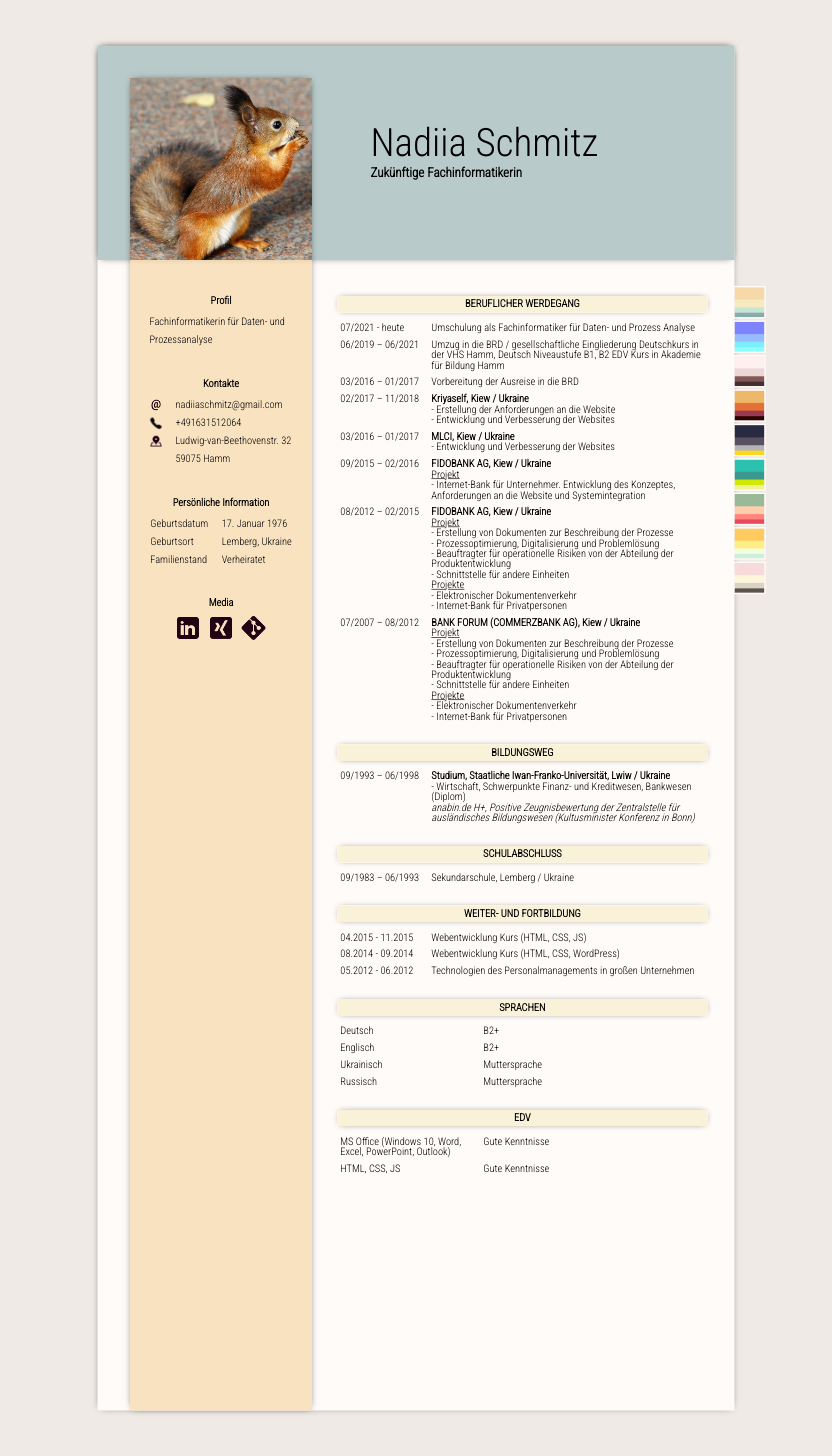
Repository: NadiaSchmitz/lebenslauf.nschmitz.githab.io
Page: index.html
The author's editor kept a record of every edit. The page is drawn from the files as they stood at one moment, then again after the next edit.
The browser window is 1280 px wide. The pictures show the whole page, at 65% of full size.

Above is the page before.

### index.html
<!DOCTYPE html>
<html>

<head>
  <meta charset="utf-8" />
  <title>Lebenslauf Nadiia Schmitz</title>
  <link rel="stylesheet" href="./styles/reset.css" type="text/css" />
  <link rel="stylesheet" href="./styles/style.css" type="text/css" />
  <link rel="stylesheet" href="./styles/icons.css" type="text/css" />
  <meta name="viewport" content="width=device-width, initial-scale=1.0">
  <link rel="preconnect" href="https://fonts.googleapis.com">
  <link rel="preconnect" href="https://fonts.gstatic.com" crossorigin>
  <link href="https://fonts.googleapis.com/css2?family=Roboto+Condensed:wght@300&display=swap" rel="stylesheet">
  <link rel="shortcut icon" href="images/favicon.png" type="image/x-icon">
  <script src="https://ajax.googleapis.com/ajax/libs/jquery/2.2.0/jquery.min.js"></script>
  <script type="text/javascript" src="./js/colors.js"></script>
</head>

<body>
  <section class="wrapper">
    <section class="inner_wrapper">
      <div class="content_wrapper">
        <header class="header">
          <div class="header_text">
            <h1>Nadiia Schmitz</h1>
            <h2>Zukünftige Fachinformatikerin</h2>
          </div>
        </header>
        <div class="color_schema_buttons_wrapper">
          <div id="pistachios" class="color_schema_button pistachios" title="pistachios"></div>
          <div id="sea" class="color_schema_button sea" title="sea"></div>
          <div id="cappuchino" class="color_schema_button cappuchino" title="cappuchino"></div>
          <div id="autumn" class="color_schema_button autumn" title="autumn"></div>
          <div id="bvb" class="color_schema_button bvb" title="bvb"></div>
          <div id="lime" class="color_schema_button lime" title="lime"></div>
          <div id="summer" class="color_schema_button summer" title="summer"></div>
          <div id="sun" class="color_schema_button sun" title="sun"></div>
          <div id="pastel" class="color_schema_button pastel" title="pastel"></div>
        </div>
        <div class="lebenslauf_wrapper">
          <div class="sidebar sidebar_left">
            <div class="sidebar_foto"></div>
            <div class="sidebar_content">
              <div class="sidebar_content_item profile">
                <h3>Profil</h3>
                <table>
                  <tr>
                    <td col="2">Fachinformatikerin für Daten- und Prozessanalyse</td>
                  </tr>
                </table>
              </div>
              <div class="sidebar_content_item contacts">
                <h3>Kontakte</h3>
                <table>
                  <tr>
                    <td>
                      <span class="sidebar_content_item_icon contacts_email"></span>
                    </td>
                    <td>nadiiaschmitz@gmail.com</td>
                  </tr>
                  <tr>
                    <td>
                      <span class="sidebar_content_item_icon contacts_phone"></span>
                    </td>
                    <td>+491631512064</td>
                  </tr>
                  <tr>
                    <td>
                      <span class="sidebar_content_item_icon contacts_adress"></span>
                    </td>
                    <td>Ludwig-van-Beethovenstr. 32 59075 Hamm</td>
                  </tr>
                </table>
              </div>
              <div class="sidebar_content_item personal">
                <h3>Persönliche Information</h3>
                <table>
                  <tr>
                    <td>Geburtsdatum</td>
                    <td>17. Januar 1976</td>
                  </tr>
                  <tr>
                    <td>Geburtsort</td>
                    <td>Lemberg, Ukraine</td>
                  </tr>
                  <tr>
                    <td>Familienstand</td>
                    <td>Verheiratet</td>
                  </tr>
                </table>
              </div>
              <div class="sidebar_content_item social">
                <h3>Media</h3>
                <table>
                  <tr>
                    <td><a href="https://www.linkedin.com/in/nadiia-schmitz-93491722" class="linkedin" target="_blank"></a></td>
                    <td><a href="https://www.xing.com/profile/Nadiia_Schmitz3" class="xing" target="_blank"></a></td>
                    <td><a href="https://github.com/NadiaSchmitz" class="git" target="_blank"></a></td>
                  </tr>
                </table>
              </div>
            </div>
          </div>
          <div class="sidebar sidebar_right">
            <div class="sidebar_right_content">
              <div class="sidebar_right_content_item">
                <h4>BERUFLICHER WERDEGANG</h4>
                <table>
                  <tr>
                    <td>07/2021 - heute</td>
                    <td>Umschulung als Fachinformatiker für Daten- und Prozess Analyse</td>
                  </tr>
                  <tr>
                    <td>06/2019 – 06/2021</td>
                    <td>Umzug in die BRD / gesellschaftliche Eingliederung Deutschkurs in der VHS Hamm, Deutsch Niveaustufe B1, B2 EDV Kurs in Akademie für Bildung Hamm
                    </td>
                  </tr>
                  <tr>
                    <td>03/2016 – 01/2017</td>
                    <td>Vorbereitung der Ausreise in die BRD</td>
                  </tr>
                  <tr>
                    <td>02/2017 – 11/2018</td>
                    <td>
                      <span class="employer">Kriyaself, Kiew / Ukraine</span>
                      <ul>
                        <li>- Erstellung der Anforderungen an die Website</li>
                        <li>- Entwicklung und Verbesserung der Websites</li>
                      </ul>
                    </td>
                  </tr>
                  <tr>
                    <td>03/2016 – 01/2017</td>
                    <td>
                      <span class="employer">MLCI, Kiew / Ukraine</span>
                      <ul>
                        <li>- Entwicklung und Verbesserung der Websites</li>
                      </ul>
                    </td>
                  </tr>
                  <tr>
                    <td>09/2015 – 02/2016</td>
                    <td>
                      <span class="employer">FIDOBANK AG, Kiew / Ukraine</span>
                      <ul>
                        <span class="project">Projekt</span>
                        <li>- Internet-Bank für Unternehmer. Entwicklung des Konzeptes, Anforderungen an die Website und Systemintegration</li>
                      </ul>
                    </td>
                  </tr>
                  <tr>
                    <td>08/2012 – 02/2015</td>
                    <td>
                      <span class="employer">FIDOBANK AG, Kiew / Ukraine</span>
                      <ul>
                        <span class="project">Projekt</span>
                        <li>-	Erstellung von Dokumenten zur Beschreibung der Prozesse</li>
                        <li>-	Prozessoptimierung, Digitalisierung und Problemlösung</li>
                        <li>-	Beauftragter für operationelle Risiken von der Abteilung der Produktentwicklung </li>
                        <li>-	Schnittstelle für andere Einheiten</li>
                        <span class="project">Projekte</span>
                        <li>-	Elektronischer Dokumentenverkehr</li>
                        <li>-	Internet-Bank für Privatpersonen</li>
                      </ul>
                    </td>
                  </tr>
                  <tr>
                    <td>07/2007 – 08/2012</td>
                    <td>
                      <span class="employer">BANK FORUM (COMMERZBANK AG), Kiew / Ukraine</span>
                      <ul>
                        <span class="project">Projekt</span>
                        <li>-	Erstellung von Dokumenten zur Beschreibung der Prozesse</li>
                        <li>-	Prozessoptimierung, Digitalisierung und Problemlösung</li>
                        <li>-	Beauftragter für operationelle Risiken von der Abteilung der Produktentwicklung </li>
                        <li>-	Schnittstelle für andere Einheiten</li>
                        <span class="project">Projekte</span>
                        <li>-	Elektronischer Dokumentenverkehr</li>
                        <li>-	Internet-Bank für Privatpersonen</li>
                      </ul>
                    </td>
                  </tr>
                </table>
              </div>
              <div class="sidebar_right_content_item">
                <h4>BILDUNGSWEG</h4>
                <table>
                  <tr>
                    <td>09/1993 – 06/1998</td>
                    <td>
                      <span class="employer">Studium, Staatliche Iwan-Franko-Universität, Lwiw / Ukraine</span>
                      <ul>
                        <li>- Wirtschaft, Schwerpunkte Finanz- und Kreditwesen, Bankwesen (Diplom)</li>
                        <li class="addition">anabin.de H+, Positive Zeugnisbewertung der Zentralstelle für ausländisches Bildungswesen (Kultusminister Konferenz in Bonn)</li>
                      </ul>
                    </td>
                  </tr>
                </table>
              </div>
              <div class="sidebar_right_content_item">
                <h4>SCHULABSCHLUSS</h4>
                <table>
                  <tr>
                    <td>09/1983 – 06/1993</td>
                    <td>Sekundarschule, Lemberg / Ukraine</td>
                  </tr>
                </table>
              </div>
              <div class="sidebar_right_content_item">
                <h4>WEITER- UND FORTBILDUNG</h4>
                <table>
                  <tr>
                    <td>04.2015 - 11.2015</td>
                    <td>Webentwicklung Kurs (HTML, CSS, JS)</td>
                  </tr>
                  <tr>
                    <td>08.2014 - 09.2014</td>
                    <td>Webentwicklung Kurs (HTML, CSS, WordPress)</td>
                  </tr>
                  <tr>
                    <td>05.2012 - 06.2012</td>
                    <td>Technologien des Personalmanagements in großen Unternehmen</td>
                  </tr>
                </table>
              </div>
              <div class="sidebar_right_content_item lang">
                <h4>SPRACHEN</h4>
                <table>
                  <tr>
                    <td>Deutsch</td>
                    <td>B2+</td>
                  </tr>
                  <tr>
                    <td>Englisch</td>
                    <td>B2+</td>
                  </tr>
                  <tr>
                    <td>Ukrainisch</td>
                    <td>Muttersprache</td>
                  </tr>
                  <tr>
                    <td>Russisch</td>
                    <td>Muttersprache</td>
                  </tr>
                </table>
              </div>
              <div class="sidebar_right_content_item edv">
                <h4>EDV</h4>
                <table>
                  <tr>
                    <td>MS Office (Windows 10, Word, Excel, PowerPoint, Outlook)</td>
                    <td>Gute Kenntnisse</td>
                  </tr>
                  <tr>
                    <td>HTML, CSS, JS</td>
                    <td>Gute Kenntnisse</td>
                  </tr>
                </table>
              </div>
            </div>
          </div>
        </div>
      </div>
    </section>
  </section>
</body>

</html>

### styles/reset.css
html, body, div, span, applet, object, iframe,
h1, h2, h3, h4, h5, h6, p, blockquote, pre,
a, abbr, acronym, address, big, cite, code,
del, dfn, em, img, ins, kbd, q, s, samp,
small, strike, strong, sub, sup, tt, var,
b, u, i, center,
dl, dt, dd, ol, ul, li,
fieldset, form, label, legend,
table, caption, tbody, tfoot, thead, tr, th, td,
article, aside, canvas, details, embed,
figure, figcaption, footer, header, hgroup,
menu, nav, output, ruby, section, summary,
time, mark, audio, video {
	margin: 0;
	padding: 0;
	box-sizing: border-box;
	border: 0;
	font-size: 100%;
	font: inherit;
	vertical-align: baseline;
}
/* HTML5 display-role reset for older browsers */
article, aside, details, figcaption, figure,
footer, header, hgroup, menu, nav, section {
	display: block;
}
body {
	line-height: 1;
}
ol, ul {
	list-style: none;
}
blockquote, q {
	quotes: none;
}
blockquote:before, blockquote:after,
q:before, q:after {
	content: '';
	content: none;
}
table {
	border-collapse: collapse;
	border-spacing: 0;
}

### styles/style.css
html {
  font-family: 'Roboto Condensed', sans-serif;
  background-color: #efeae5;
}

.wrapper {}

.inner_wrapper {
  width: 980px;
  margin: 70px auto;
}

@media only screen and (max-width: 1080px) {
  .inner_wrapper {
    width: 900px;
    margin: 30px auto;
  }
}

@media only screen and (max-width: 900px) {
  .inner_wrapper {
    width: 100%;
    margin: 0;
  }
}

.content_wrapper {
  position: relative;
  background-color: #fffbf8;
  -webkit-box-shadow: 0px 0px 12px -5px rgba(0, 0, 0, 0.75);
  -moz-box-shadow: 0px 0px 12px -5px rgba(0, 0, 0, 0.75);
  box-shadow: 0px 0px 12px -5px rgba(0, 0, 0, 0.75);
}

.header {
  height: 330px;
  background-color: rgb(135 170 170 / 59%);
  -webkit-box-shadow: 0px 0px 12px -5px rgba(0, 0, 0, 0.75);
  -moz-box-shadow: 0px 0px 12px -5px rgba(0, 0, 0, 0.75);
  box-shadow: 0px 0px 12px -5px rgba(0, 0, 0, 0.75);
}

@media only screen and (max-width: 1080px) {
  .header {
    height: 280px;
  }
}

@media only screen and (max-width: 900px) {
  .header {
    height: 580px;
    padding: 60px 0 0 0;
  }
}

@media only screen and (max-width: 480px) {
  .header {
    padding: 70px 0 0 0;
  }
}

.header_text {
  margin: 0 0 0 420px;
  padding: 120px 0 0 0;
}

@media only screen and (max-width: 1080px) {
  .header_text {
    margin: 0 0 0 380px;
    padding: 100px 0 0 0;
  }
}

@media only screen and (max-width: 900px) {
  .header_text {
    text-align: center;
    margin: 0;
    padding: 0;
  }
}

h1 {
  color: #000000;
  font-size: 60px;
  margin: 0 0 5px 0;
}

@media only screen and (max-width: 900px) {
  h1 {
    font-size: 50px;
  }
}

@media only screen and (max-width: 480px) {
  h1 {
    font-size: 36px;
    font-weight: 700;
  }
}

h2 {
  color: #000000;
  font-size: 20px;
  font-weight: 600;
}

@media only screen and (max-width: 480px) {
  h2 {
    font-size: 16px;
  }
}

.sidebar {
  display: inline-block;
  vertical-align: top;
}

@media only screen and (max-width: 900px) {
  .lebenslauf_wrapper {
    padding: 0 30px 30px 30px;
  }
}

@media only screen and (max-width: 480px) {
  .lebenslauf_wrapper {
    padding: 0 15px 15px 15px;
  }
}

@media only screen and (max-width: 360px) {
  .lebenslauf_wrapper {
    padding: 0 10px 10px 10px;
  }
}

.sidebar_left {
  width: 280px;
  height: 2050px;
  background-color: rgb(246 215 167 / 68%);
  -webkit-box-shadow: 0px 0px 12px -5px rgba(0, 0, 0, 0.75);
  -moz-box-shadow: 0px 0px 12px -5px rgba(0, 0, 0, 0.75);
  box-shadow: 0px 0px 12px -5px rgba(0, 0, 0, 0.75);
  margin: -280px 0 0 50px;
}

@media only screen and (max-width: 1080px) {
  .sidebar_left {
    width: 250px;
    margin: -250px 0 0 30px;
  }
}

@media only screen and (max-width: 900px) {
  .sidebar_left {
    width: 100%;
    height: auto;
    margin: -380px 0 0 0;
  }
}

.sidebar_foto {
  width: 280px;
  height: 280px;
  background-image: url(../images/foto.jpg);
  background-position: 50%;
  background-size: cover;
}

@media only screen and (max-width: 1080px) {
  .sidebar_foto {
    width: 250px;
    height: 250px;
  }
}

@media only screen and (max-width: 900px) {
  .sidebar_foto {
    width: 350px;
    height: 350px;
    margin: 30px auto 0;
  }
}

@media only screen and (max-width: 480px) {
  .sidebar_foto {
    width: 320px;
    height: 320px;
  }
}

@media only screen and (max-width: 360px) {
  .sidebar_foto {
    width: 100%;
  }
}

.sidebar_content {
  padding: 55px 30px 30px 30px;
}

@media only screen and (max-width: 1080px) {
  .sidebar_content {
    padding: 45px 20px 20px 20px;
  }
}

@media only screen and (max-width: 900px) {
  .sidebar_content {
    padding: 50px 20px 20px 20px;
  }
}

@media only screen and (max-width: 480px) {
  .sidebar_content {
    padding: 80px 20px 20px 20px;
  }
}

.sidebar_content_item {
  margin: 0 0 30px 0;
  padding: 0 0 15px 0;
}

.sidebar_content_item:last-of-type {
  border-bottom: 1px solid transparent;
  margin: 0;
}

h3 {
  color: #000000;
  font-size: 16px;
  font-weight: 600;
  text-align: center;
  margin: 0 0 10px 0;
}

.sidebar_content_item table {
  margin: 0 auto;
}

.sidebar_content_item table td {
  height: 28px;
  font-size: 16px;
  line-height: 28px;
}

@media only screen and (max-width: 360px) {
  .sidebar_content_item table td {
    font-size: 14px;
  }
}

.profile table td {
  width: 100%;
}

.contacts table td:nth-of-type(1) {
  width: 40px;
}

.personal table td:nth-of-type(1) {
  width: 110px;
}

.social table {
  margin: 0 auto;
}

.social table td {
  width: 33%;
  padding: 0 5px 0 5px;
}

.social table td a {
  display: inline-block;
  width: 40px;
  height: 40px;
  background-size: contain;
  background-position: 50%;
  cursor: pointer;
}

.sidebar_content_item_icon {
  display: inline-block;
  vertical-align: middle;
  width: 20px;
  height: 20px;
  background-size: contain;
  background-position: 50%;
}

.sidebar_right {
  width: calc(100% - 280px - 60px);
  padding: 55px 35px 35px 35px;
}

@media only screen and (max-width: 1080px) {
  .sidebar_right {
    width: calc(100% - 250px - 35px);
    padding: 40px 75px 20px 20px;
  }
}

@media only screen and (max-width: 900px) {
  .sidebar_right {
    width: 100%;
    padding: 40px 20px 50px 20px;
  }
}

@media only screen and (max-width: 480px) {
  .sidebar_right {
    width: 100%;
    padding: 60px 0 50px 0;
  }
}

.sidebar_right_content_item {
  margin: 0 0 30px 0;
}

.sidebar_right_content_item h4 {
  color: #000000;
  font-size: 16px;
  font-weight: 600;
  text-align: center;
  background-color: rgb(246 234 190 / 54%);
  -webkit-box-shadow: 0px 0px 12px -5px rgba(0, 0, 0, 0.75);
  -moz-box-shadow: 0px 0px 12px -5px rgba(0, 0, 0, 0.75);
  box-shadow: 0px 0px 12px -5px rgba(0, 0, 0, 0.75);
  margin: 0 0 10px 0;
  padding: 5px;
}

.sidebar_right_content_item table tr td {
  font-size: 16px;
  padding: 5px;
}

.sidebar_right_content_item .employer {
  font-weight: 700;
}

.sidebar_right_content_item .project {
  text-decoration: underline;
}

.sidebar_right_content_item .addition {
  font-style: italic;
}

@media only screen and (max-width: 360px) {
  .sidebar_right_content_item table tr td {
    font-size: 14px;
  }
}

.sidebar_right_content_item table tr td:nth-of-type(1) {
  width: 140px;
}

@media only screen and (max-width: 360px) {
  .sidebar_right_content_item table tr td:nth-of-type(1) {
    width: 120px;
  }
}

.edv {
  width: 100%;
}

.lang table tr td:nth-of-type(1),
.edv table tr td:nth-of-type(1) {
  width: 220px;
}

@media only screen and (max-width: 360px) {
  .lang table tr td:nth-of-type(1),
  .edv table tr td:nth-of-type(1) {
    width: 170px;
  }
}

.color_schema_buttons_wrapper {
  position: absolute;
  right: -48px;
  top: 370px;
}

@media only screen and (max-width: 1080px) {
  .color_schema_buttons_wrapper {
    right: 0;
    top: 282px;
  }
}

@media only screen and (max-width: 900px) {
  .color_schema_buttons_wrapper {
    right: 0;
    top: 600px;
  }
}

@media only screen and (max-width: 360px) {
  .color_schema_buttons_wrapper {
    display: none;
  }
}

.color_schema_button {
  width: 50px;
  height: 50px;
  background-position: 50%;
  background-size: contain;
  border: 2px solid #fffbf8;
  margin: 0 0 3px 0;
}

@media only screen and (max-width: 1080px) {
  .color_schema_button {
    width: 40px;
    height: 40px;
  }
}

.pistachios {
  background-image: url(../images/pistachios.png);
}

.sea {
  background-image: url(../images/sea.png);
}

.cappuchino {
  background-image: url(../images/cappuchino.png);
}

.autumn {
  background-image: url(../images/autumn.png);
}

.bvb {
  background-image: url(../images/bvb.png);
}

.lime {
  background-image: url(../images/lime.png);
}

.summer {
  background-image: url(../images/summer.png);
}

.sun {
  background-image: url(../images/sun.png);
}

.pastel {
  background-image: url(../images/pastel.png);
}

### js/colors.js
var colorSchemeArray = [];
colorSchemeArray = [{
    schemeName: "standart",
    colorHeader: "rgb(135 170 170 / 59%)",
    colorSidebarLeft: "rgb(246 215 167 / 68%)",
    colorTopic: "rgb(246 234 190 / 54%)"
  },

  {
    schemeName: "sea",
    colorHeader: "rgb(124 131 253 / 58%)",
    colorSidebarLeft: "rgba(125, 237, 255, 0.53)",
    colorTopic: "rgb(150 186 255 / 52%)"
  },

  {
    schemeName: "cappuchino",
    colorHeader: "rgba(131, 88, 88, 0.7)",
    colorSidebarLeft: "#EBD4D4",
    colorTopic: "#FFF0F0"
  },

  {
    schemeName: "autumn",
    colorHeader: "rgb(156 61 84 / 76%)",
    colorSidebarLeft: "rgb(226 112 58 / 62%)",
    colorTopic: "rgb(238 183 107 / 75%)"
  },

  {
    schemeName: "bvb",
    colorHeader: "#595260",
    colorSidebarLeft: "#FFD523",
    colorTopic: "#B2B1B9",
  },

  {
    schemeName: "lime",
    colorHeader: "rgb(46 193 172 / 51%)",
    colorSidebarLeft: "rgb(210 230 3 / 49%)",
    colorTopic: "rgb(239 244 142 / 53%)",
  },

  {
    schemeName: "summer",
    colorHeader: "rgb(255 132 124 / 85%)",
    colorSidebarLeft: "rgb(153 184 152 / 65%)",
    colorTopic: "#FECEAB",
  },

  {
    schemeName: "sun",
    colorHeader: "#FFEC85",
    colorSidebarLeft: "#C9F0D6",
    colorTopic: "#F2FFDF",
  },

  {
    schemeName: "pastel",
    colorHeader: "#F7DAD9",
    colorSidebarLeft: "#FFF5DA",
    colorTopic: "#D6D2C4",
  }
]

// console.log(colorSchemeArray.length)

$(document).ready(function() {
  $(".color_schema_button").click(function() {
    var buttonId = $(this).attr('id');
    console.log(buttonId);
    for (var i = 0; i < colorSchemeArray.length; i++) {
      console.log(colorSchemeArray[i].schemeName)
      if (buttonId == colorSchemeArray[i].schemeName) {
        var styleId = i;
        $('.header').css('backgroundColor', colorSchemeArray[styleId].colorHeader);
        $('.sidebar_left').css('backgroundColor', colorSchemeArray[styleId].colorSidebarLeft);
        $('h4').css('backgroundColor', colorSchemeArray[styleId].colorTopic);
      }
    }
  });
})

Loaded but not shown: styles/icons.css (library)

After the next edit:
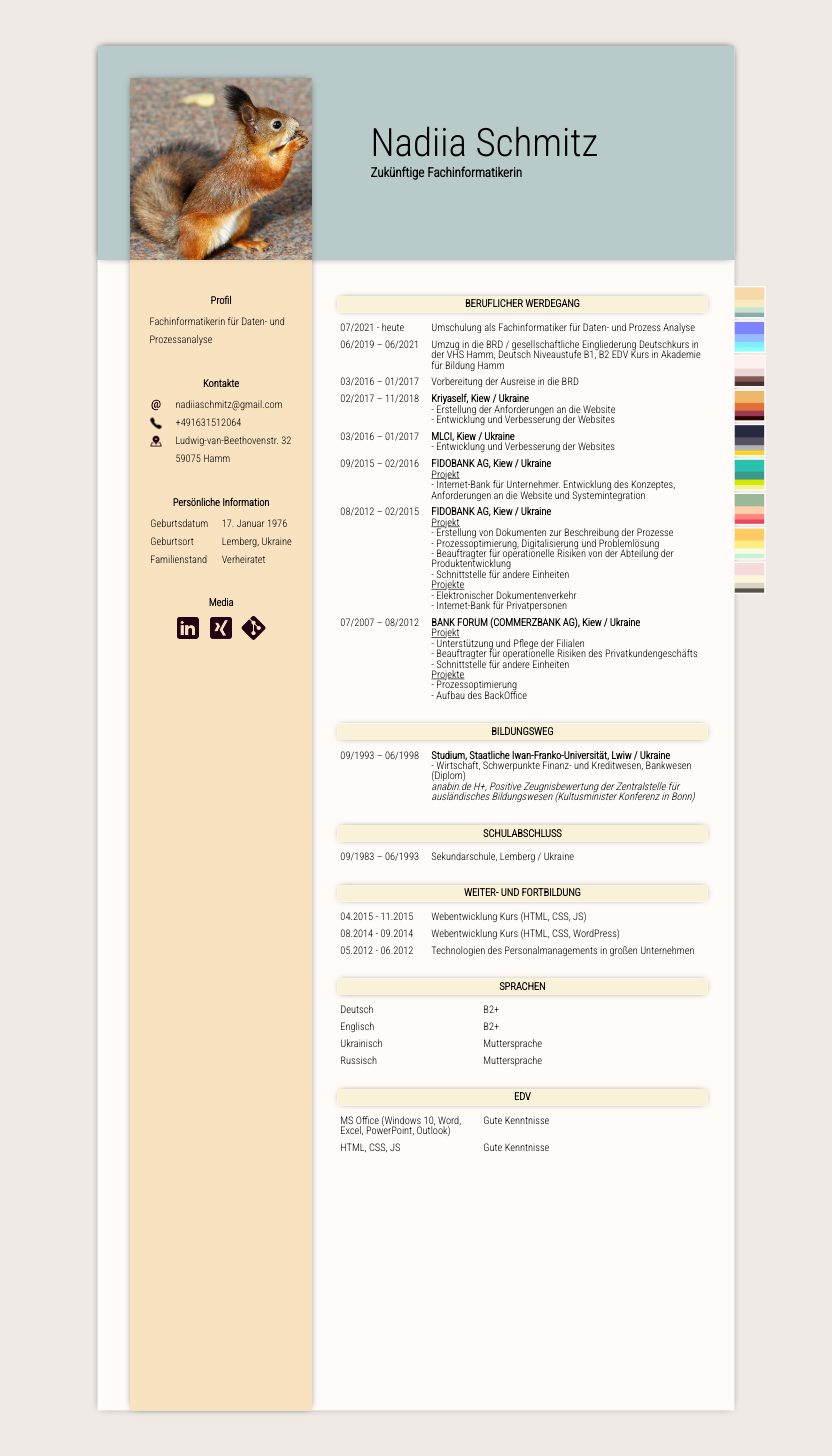
The edit:
--- a/index.html
+++ b/index.html
@@ -170,13 +170,12 @@
                       <span class="employer">BANK FORUM (COMMERZBANK AG), Kiew / Ukraine</span>
                       <ul>
                         <span class="project">Projekt</span>
-                        <li>-	Erstellung von Dokumenten zur Beschreibung der Prozesse</li>
-                        <li>-	Prozessoptimierung, Digitalisierung und Problemlösung</li>
-                        <li>-	Beauftragter für operationelle Risiken von der Abteilung der Produktentwicklung </li>
-                        <li>-	Schnittstelle für andere Einheiten</li>
+                        <li>-	Unterstützung und Pflege der Filialen</li>
+                        <li>-	Beauftragter für operationelle Risiken des Privatkundengeschäfts</li>
+                        <li>-	Schnittstelle für andere Einheiten  </li>
                         <span class="project">Projekte</span>
-                        <li>-	Elektronischer Dokumentenverkehr</li>
-                        <li>-	Internet-Bank für Privatpersonen</li>
+                        <li>-	Prozessoptimierung</li>
+                        <li>-	Aufbau des BackOffice</li>
                       </ul>
                     </td>
                   </tr>
